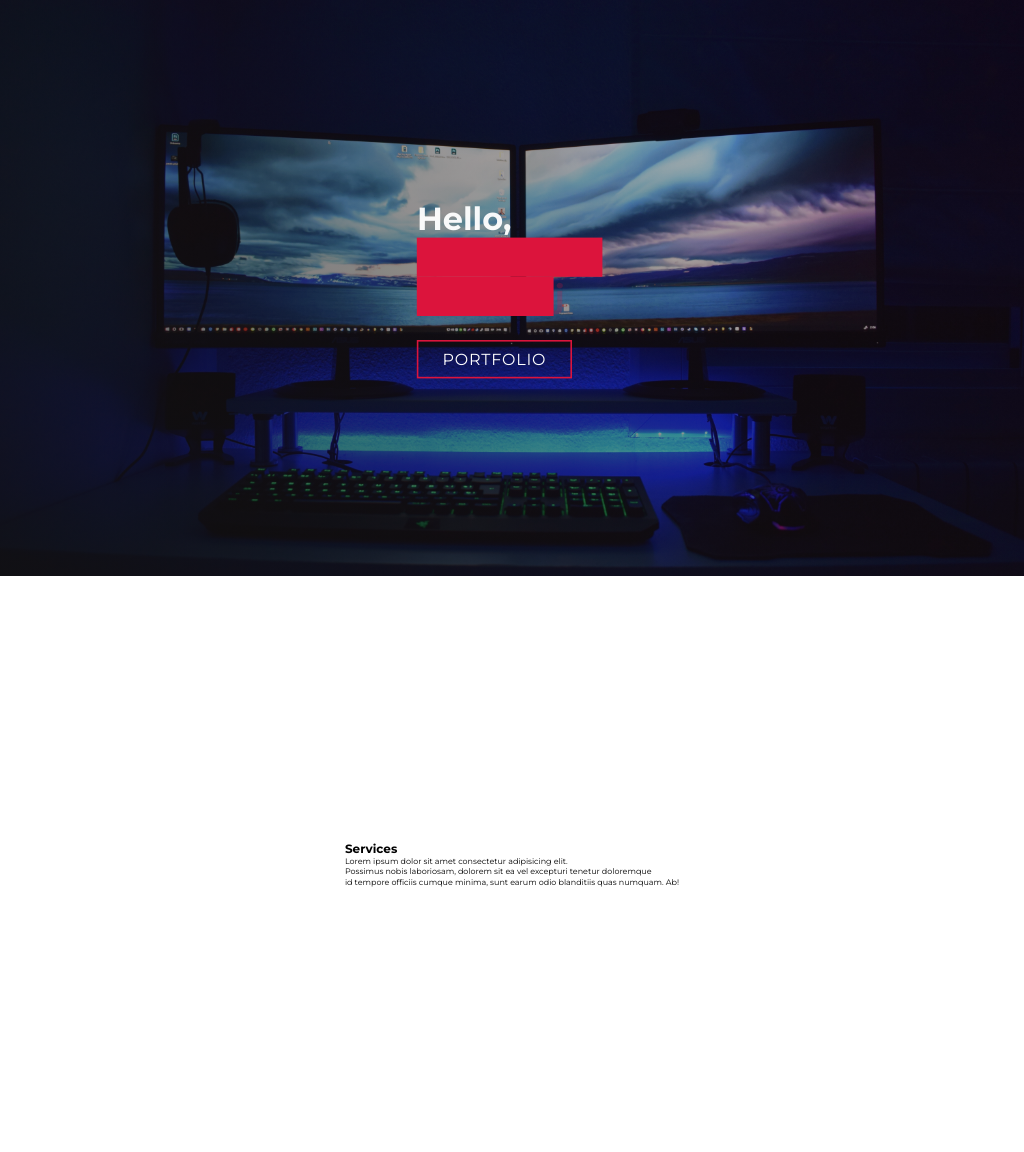
Repository: MintuKrishnan/subrahmanyam-batch
Page: front-end/deshraj/index.html
These files come from the project's save history. The page is drawn as it stood at one moment and after the next save; the edit follows.
The browser window is 1280 px wide. The pictures show the whole page, at 80% of full size.

Above is the page before, as saved 2021-03-08 09:48:40.

### front-end/deshraj/index.html
<!DOCTYPE html>
<html lang="en">
  <head>
    <meta charset="UTF-8" />
    <meta http-equiv="X-UA-Compatible" content="IE=edge" />
    <meta name="viewport" content="width=device-width, initial-scale=1.0" />
    <link rel="stylesheet" href="style.css" />
    <title>My Website</title>
  </head>
  <body>
    <!-- hero section-->
    <section id="hero">
      <div class="hero container">
        <div>
          <h1>Hello,<span></span></h1>
          <h1>My name is <span></span></h1>
          <h1>Desh Raj <span></span></h1>
          <a href="#" type="button" class="cta">Portfolio</a>
        </div>
      </div>
    </section>
    <!-- End of hero section -->

    <!--Sevice section-->
    <section id="services">
      <div class="service container">
        <div class="service-top">
          <h1 class="section-title">Serv<span>i</span>ces</h1>
          <p>
            Lorem ipsum dolor sit amet consectetur adipisicing elit.<br />
            Possimus nobis laboriosam, dolorem sit ea vel excepturi tenetur
            doloremque <br />
            id tempore officiis cumque minima, sunt earum odio blanditiis quas
            numquam. Ab!
          </p>
        </div>
        <div class="service-bottom">
          <div class="service-item"></div>
        </div>
      </div>
    </section>

    <!--End sevice section-->
  </body>
</html>

### front-end/deshraj/style.css
@import url('https://fonts.googleapis.com/css2?family=Montserrat:wght@300;400;700&display=swap');

* {
  padding: 0;
  margin: 0;
  box-sizing: border-box;
}
html {
  font-size: 10px;
  font-family: 'Montserrat', sans-serif;
}
a {
  text-decoration: none;
}
.container {
  min-height: 100vh;
  width: 100%;
  display: flex;
  align-items: center;
  justify-content: center;
}

/* hero section */
#hero {
  /* background-image: url(./siteimg.jpg); */
  background-image: linear-gradient(
      45deg,
      rgba(19, 19, 18, 0.76),
      rgba(49, 21, 30, 0.178)
    ),
    url('./siteimg.jpg');
  background-size: cover;
  /* background-image: url('./siteimg.jpg');*/

  /* background-position: top center;
  position: relative; */
  /* z-index: 1; */
}

/* #hero::after {
  content: '';
  position: absolute;
  left: 0;
  top: 0;
  height: 100%;
  width: 100%;
  background-color: black;
  opacity: 0.7;
  z-index: -1;
} */
/* #hero .hero{
    max-width: 1200px;
    margin: 0 auto;
    padding: 0 50px;
    justify-content: flex-start;
} */
#hero h1 {
  display: block;
  width: fit-content;
  font-size: 4rem;
  position: relative;
  color: transparent;
  animation: text_reveal 3s ease forwards;
  animation-delay: 3s;
}
#hero h1:nth-child(1) {
  animation-delay: 2.8s;
}
#hero h1:nth-child(2) {
  animation-delay: 4.8s;
}
#hero h1:nth-child(3) {
  animation: text_reveal_name 3s ease forwards;
  animation-delay: 4.5s;
}
#hero h1 span {
  position: absolute;
  top: 0;
  left: 0;
  height: 100%;
  width: 0%;
  background-color: crimson;
  animation: text_reveal_box 3s ease;
  animation-delay: 3s;
}
#hero h1:nth-child(1) span {
  animation-delay: 2s;
}
#hero h1:nth-child(2) span {
  animation-delay: 3.8s;
}
#hero h1:nth-child(3) span {
  animation-delay: 4s;
}
#hero .cta {
  display: inline-block;
  padding: 10px 30px;
  color: white;
  background-color: transparent;
  border: 2px solid crimson;
  font-size: 2rem;
  text-transform: uppercase;
  letter-spacing: 0.1rem;
  margin-top: 30px;
  transition: 0.3s ease;
  transition-property: background-color, color;
}
#hero .cta:hover {
  color: white;
  background-color: crimson;
}
/* end hero section */

/* keyframs */
@keyframes text_reveal_box {
  50% {
    width: 100%;
    left: 0;
  }
  100% {
    width: 0;
    left: 100%;
  }
}
@keyframes text_reveal {
  100% {
    color: white;
  }
}
@keyframes text_reveal_name {
  100% {
    color: crimson;
    font-weight: 700;
  }
}
/* End keyframs */

After the next save:
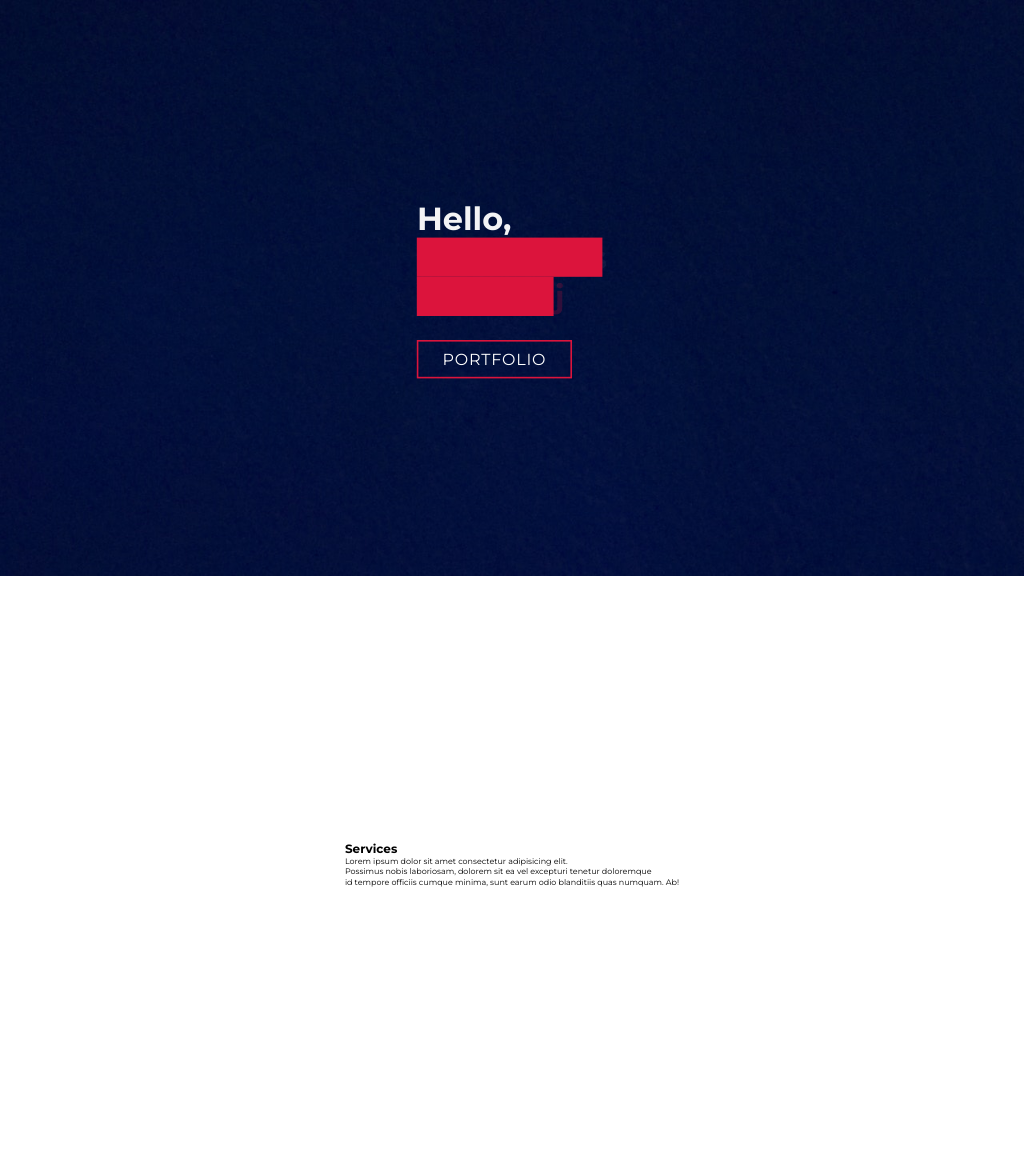
Saved 30 s later.
--- a/front-end/deshraj/style.css
+++ b/front-end/deshraj/style.css
@@ -22,19 +22,19 @@ a {
 
 /* hero section */
 #hero {
-  /* background-image: url(./siteimg.jpg); */
-  background-image: linear-gradient(
+  /* background-image: linear-gradient(
       45deg,
       rgba(19, 19, 18, 0.76),
       rgba(49, 21, 30, 0.178)
     ),
     url('./siteimg.jpg');
-  background-size: cover;
-  /* background-image: url('./siteimg.jpg');*/
+  background-size: cover; */
+  background-image: url(./siteimg.jpg);
+  background-image: url('./siteimg.jpg');
 
-  /* background-position: top center;
-  position: relative; */
-  /* z-index: 1; */
+  background-position: top center;
+  position: relative;
+  z-index: 1;
 }
 
 /* #hero::after {
